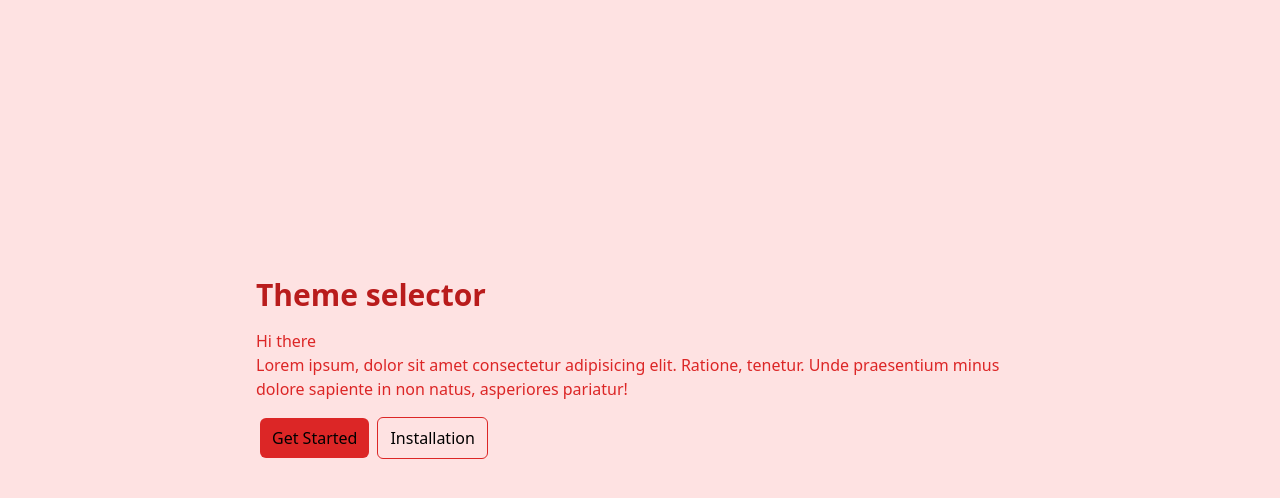
Repository: prince-bansal/tailwind-theme-switcher
Page: /
An editor plug-in stored every save of this project. The page is shown before and after the next save, followed by the edit.
The browser window is 1280 px wide. The pictures show the whole page.
The project was rebuilt for these pictures with package versions that can differ from the ones it lists, and the page was loaded fresh each time. Also part of the build but not shown: vite.config.ts, src/App.css.

Above is the page before, as saved 2024-03-17 19:10:33.

After the next save:
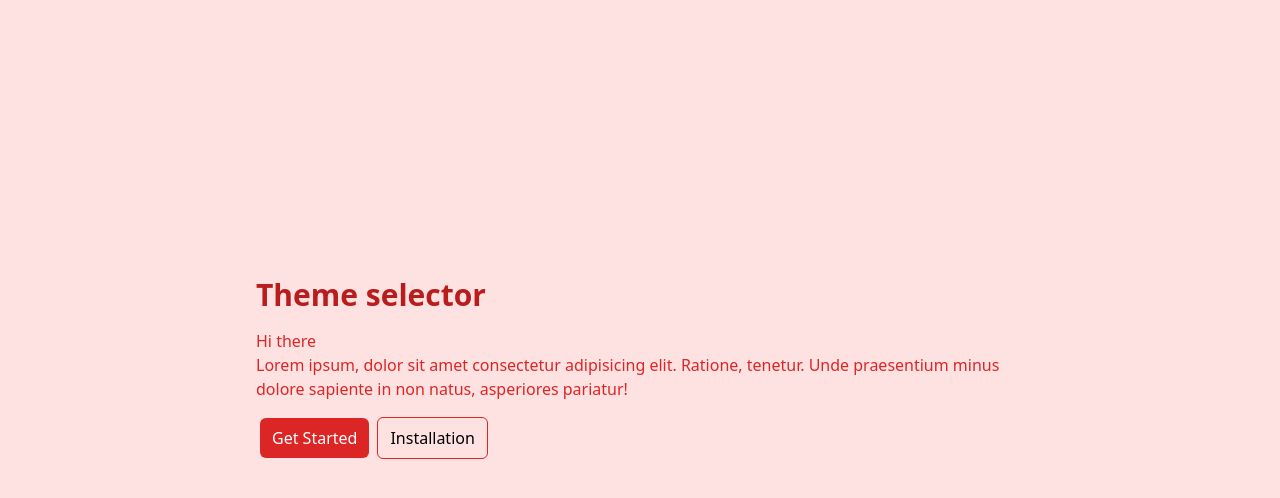
Saved 6 s later.
--- a/src/App.tsx
+++ b/src/App.tsx
@@ -12,7 +12,7 @@ function App() {
           tenetur. Unde praesentium minus dolore sapiente in non natus,
           asperiores pariatur!
         </p>
-        <button className="mt-4 bg-red-600 p-2 px-3 mx-1 rounded-md">
+        <button className="mt-4 bg-red-600 text-white p-2 px-3 mx-1 rounded-md">
           Get Started
         </button>
         <button className="mt-4 border-red-600 border p-2 px-3 mx-1 rounded-md">
